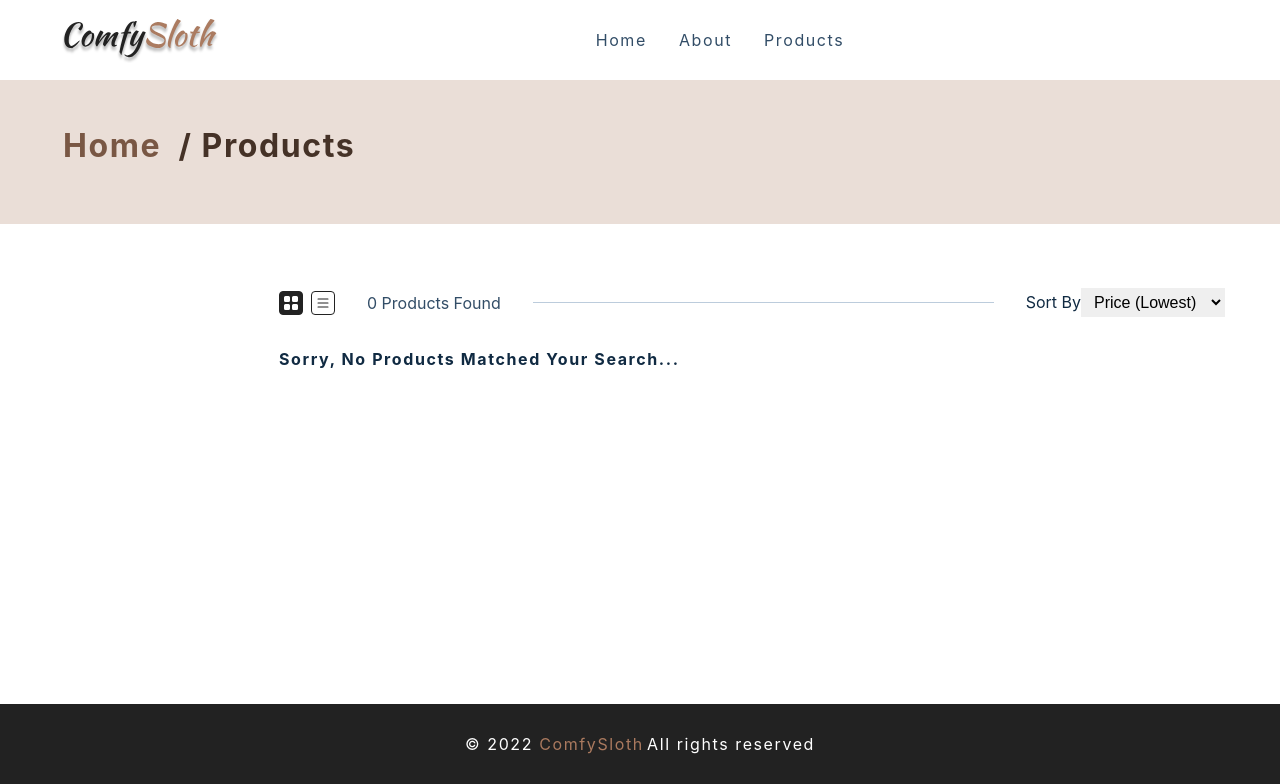
Repository: MateuszWorek/react-comfy-store
Page: /products
An editor plug-in stored every save of this project. The page is shown before and after the next save, followed by the edit.
The browser window is 1280 px wide. The pictures show the whole page.
The page's requests for data from a server got no answer. The project was rebuilt for these pictures with package versions that can differ from the ones it lists, and the page was loaded fresh each time. A package was used in the major version that the imports need, not the one package.json lists. No one was signed in, and anything a server would have sent is missing. Also part of the build but not shown: src/components/Error.js, src/components/Loading.js, src/components/Product.js, src/components/FeaturedProducts.js, src/reducers/cart_reducer.js, src/context/cart_context.js, src/context/user_context.js, src/components/Hero.js and 19 more. Imported but missing from the stored project, and not drawn on this page: src/components/AmountButtons.

Above is the page before, as saved 2022-07-17 13:56:58.

After the next save:
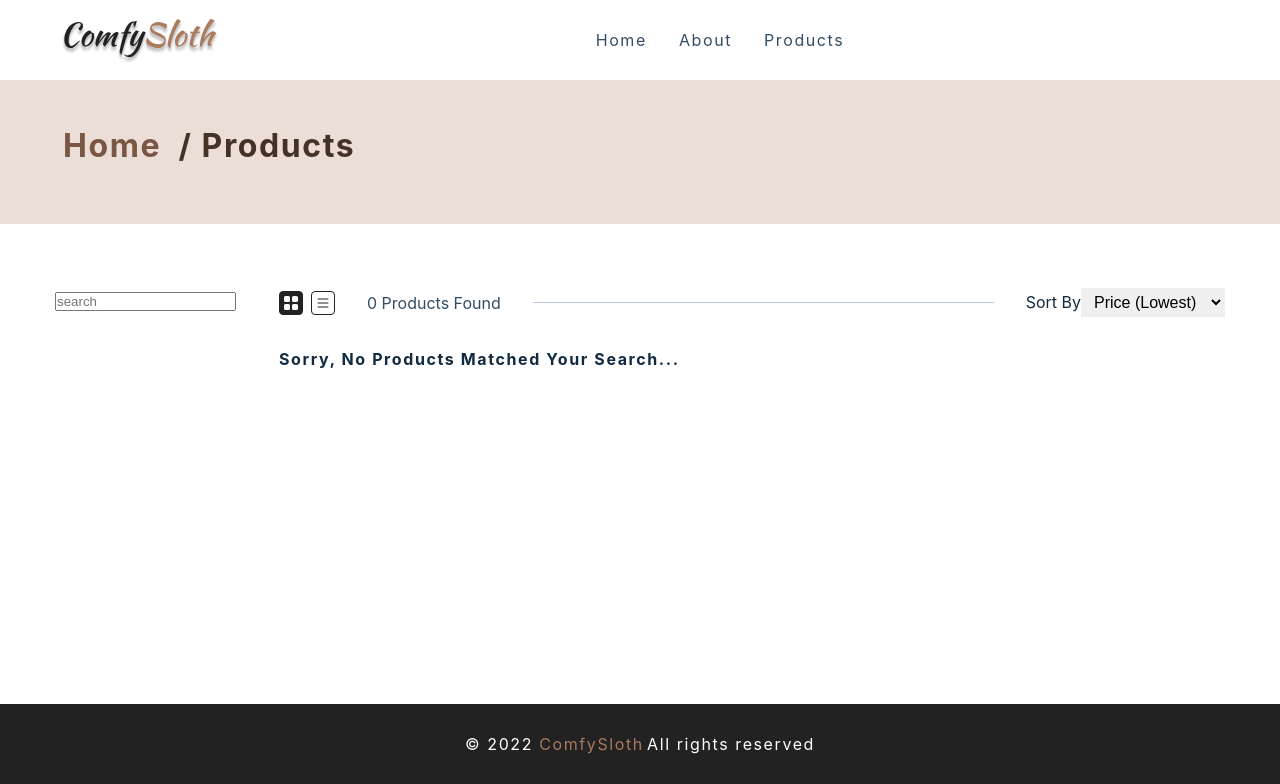
Saved 20 min 7 s later.
--- a/src/components/Filters.js
+++ b/src/components/Filters.js
@@ -14,7 +14,20 @@ const Filters = () => {
   return (
     <Wrapper>
       <div className='content'>
-        <form onSubmit={(e) => e.preventDefault()}></form>
+        <form onSubmit={(e) => e.preventDefault()}>
+          {/* search input */}
+          <div className='form-control'>
+            <input
+              type='text'
+              name='text'
+              placeholder='search'
+              className='search-inputs'
+              value={text}
+              onChange={updateFilters}
+            />
+          </div>
+          {/* end search input */}
+        </form>
       </div>
     </Wrapper>
   );
